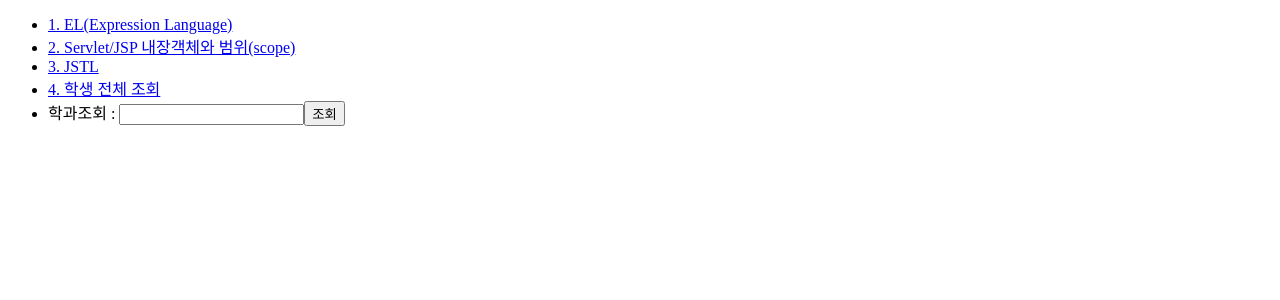
Repository: hyungjuIM/06_Server
Page: JSPProject2/src/main/webapp/index.html
The author's editor kept a copy of each file at every save. The page is drawn from the files as they stood at one save, then again after the next save.
The browser window is 1280 px wide. The pictures show the whole page.

Above is the page before, as saved 2023-03-22 11:10:44.

### JSPProject2/src/main/webapp/index.html
<!DOCTYPE html>
<html lang="en">
<head>
    <meta charset="UTF-8">
    <meta http-equiv="X-UA-Compatible" content="IE=edge">
    <meta name="viewport" content="width=device-width, initial-scale=1.0">
    <title>JSP 전용 언어/태그</title>
</head>
<body>
<ul>
	<li>
		<!-- form태그를 제외한 모든 요청 방식은 GET -->
		<a href="/JSPProject2/elTest">1. EL(Expression Language)</a>
				<!-- 절대 경로 방식(어디서 접근하던 JSPProject에서 시작되기 때문) -->
	</li>
	<li>
		<a href="scope">2. Servlet/JSP 내장객체와 범위(scope)</a>
		<!-- 상대 경로 방식(=="/JSPProject2/elTest") -->
		<!--
			현재 페이지 주소 : /JSPProject2/index.html
			목표 페이지 주소 : /JSPProject2/scope
		 -->
	</li>

	<li>
		<a href="jstl">3. JSTL</a>
	</li>

	<li>
		<!-- 현재 페이지 주소 : /JSPProject2/index.html
			목표 헤이지 주소 : /JSPProject2/student/selectAll
		 -->
		<a href="student/selectAll">4. 학생 전체 조회</a>
	</li>
	<li>
		학과조회 : <input type="text"><button href="student/selectdp">조회</button>
	</li>
</ul>










</body>
</html>

After the next save:
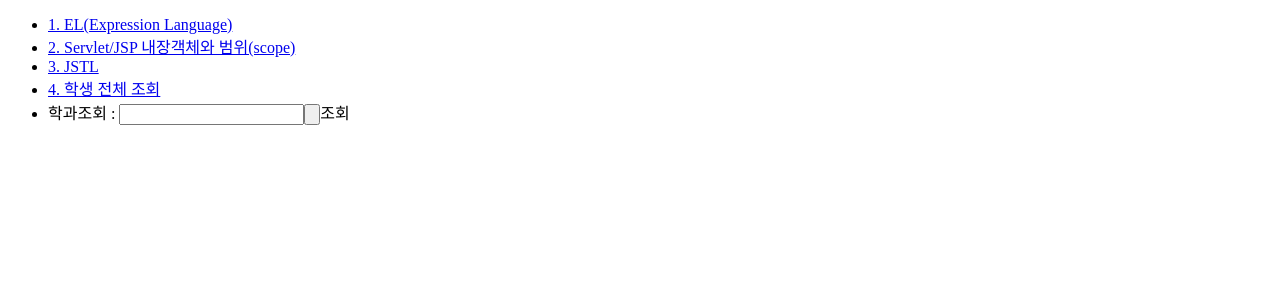
Saved 61 s later.
--- a/JSPProject2/src/main/webapp/index.html
+++ b/JSPProject2/src/main/webapp/index.html
@@ -33,7 +33,7 @@
 		<a href="student/selectAll">4. 학생 전체 조회</a>
 	</li>
 	<li>
-		학과조회 : <input type="text"><button href="student/selectdp">조회</button>
+		학과조회 : <input type="text"><input type="button" href="student/selectdp">조회</input>
 	</li>
 </ul>
 

After the save that followed:
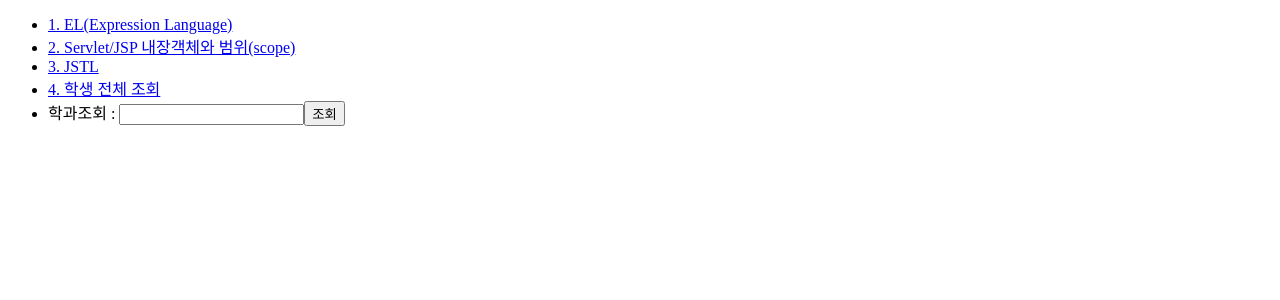
Saved 20 s later.
--- a/JSPProject2/src/main/webapp/index.html
+++ b/JSPProject2/src/main/webapp/index.html
@@ -33,7 +33,7 @@
 		<a href="student/selectAll">4. 학생 전체 조회</a>
 	</li>
 	<li>
-		학과조회 : <input type="text"><input type="button" href="student/selectdp">조회</input>
+		학과조회 : <input type="text"><button type="button" href="student/selectdp">조회</button>
 	</li>
 </ul>
 
